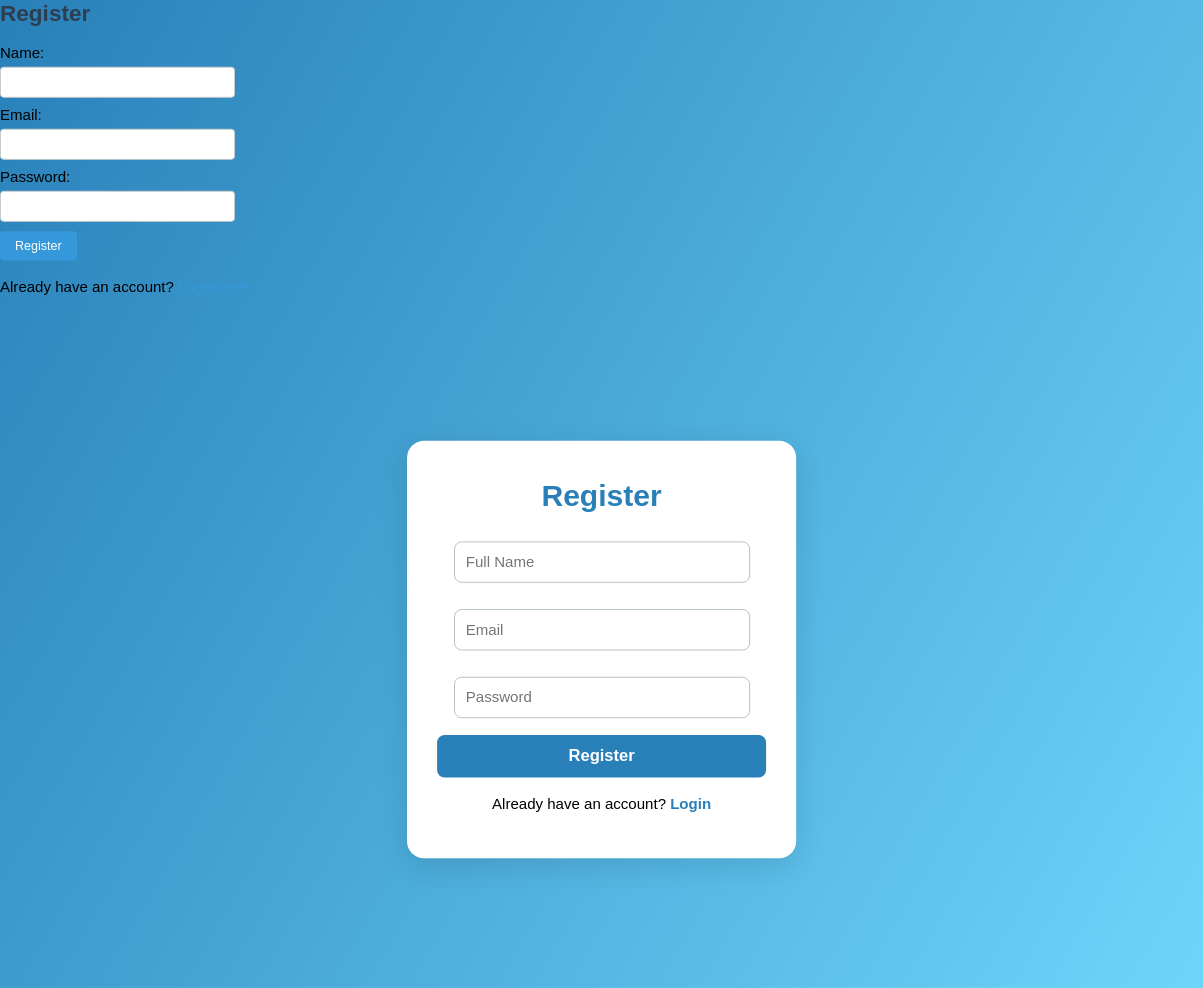
Repository: Keshabkjha/travel-booking-planner
Page: http://localhost/travel-planner/register
The author's editor kept a copy of each file at every save. The page is drawn from the files as they stood at one save, then again after the next save.
The browser window is 1280 px wide. The pictures show the whole page, at 94% of full size.
The page is served by Tomcat 9.

Above is the page before, as saved 2025-05-08 15:44:00.

After the next save:
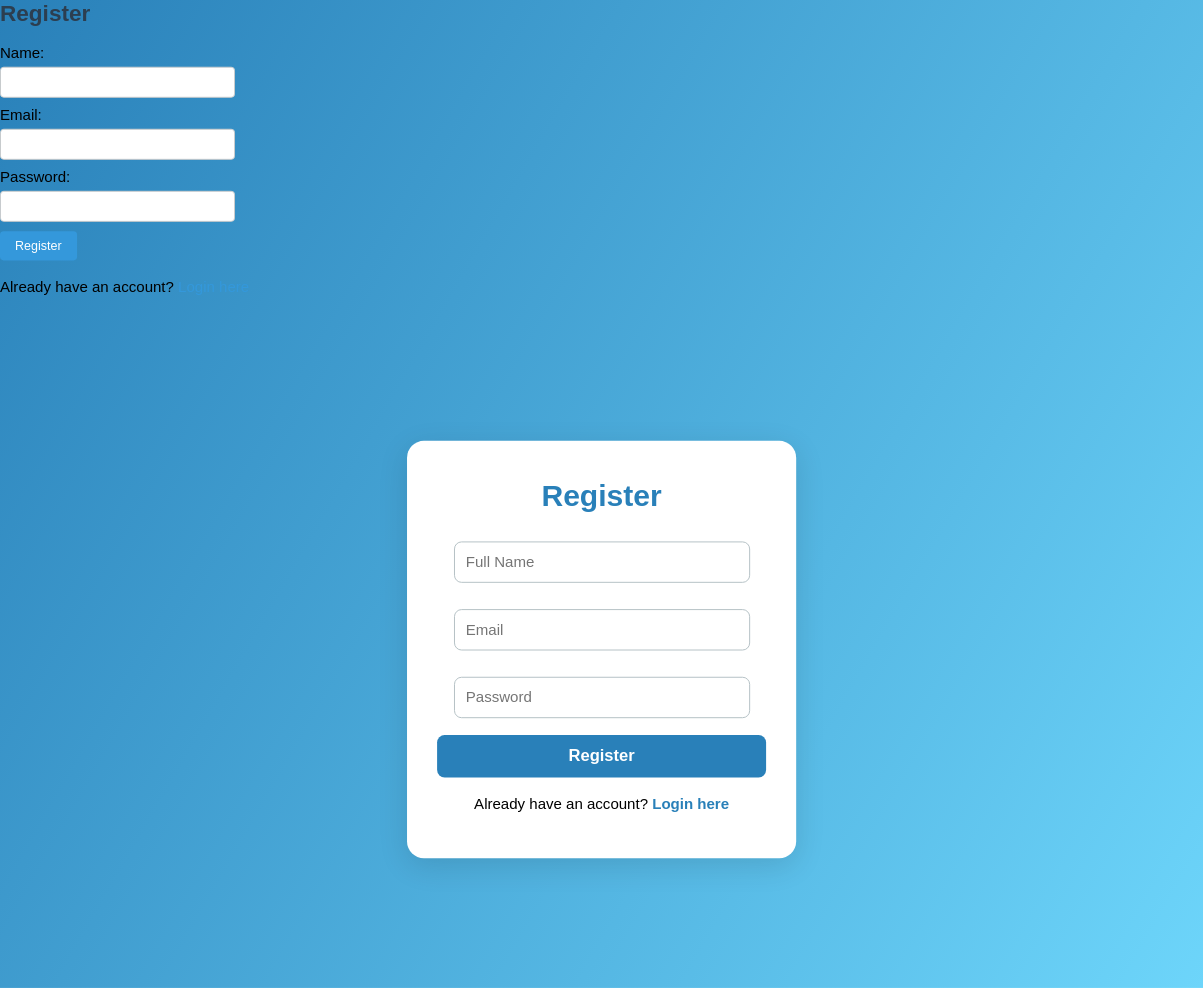
Saved 18 s later.
--- a/travel-and-booking planner website/travel-planner/src/main/webapp/WEB-INF/jsp/register.jsp
+++ b/travel-and-booking planner website/travel-planner/src/main/webapp/WEB-INF/jsp/register.jsp
@@ -112,7 +112,7 @@
                 <button class="auth-btn" type="submit">Register</button>
             </form>
             <div class="auth-link">
-                Already have an account? <a href="login.jsp">Login</a>
+    <p>Already have an account?   <a href="${pageContext.request.contextPath}/login">Login here</a></p>
             </div>
             <div class="error-msg">${error}</div>
         </div>
